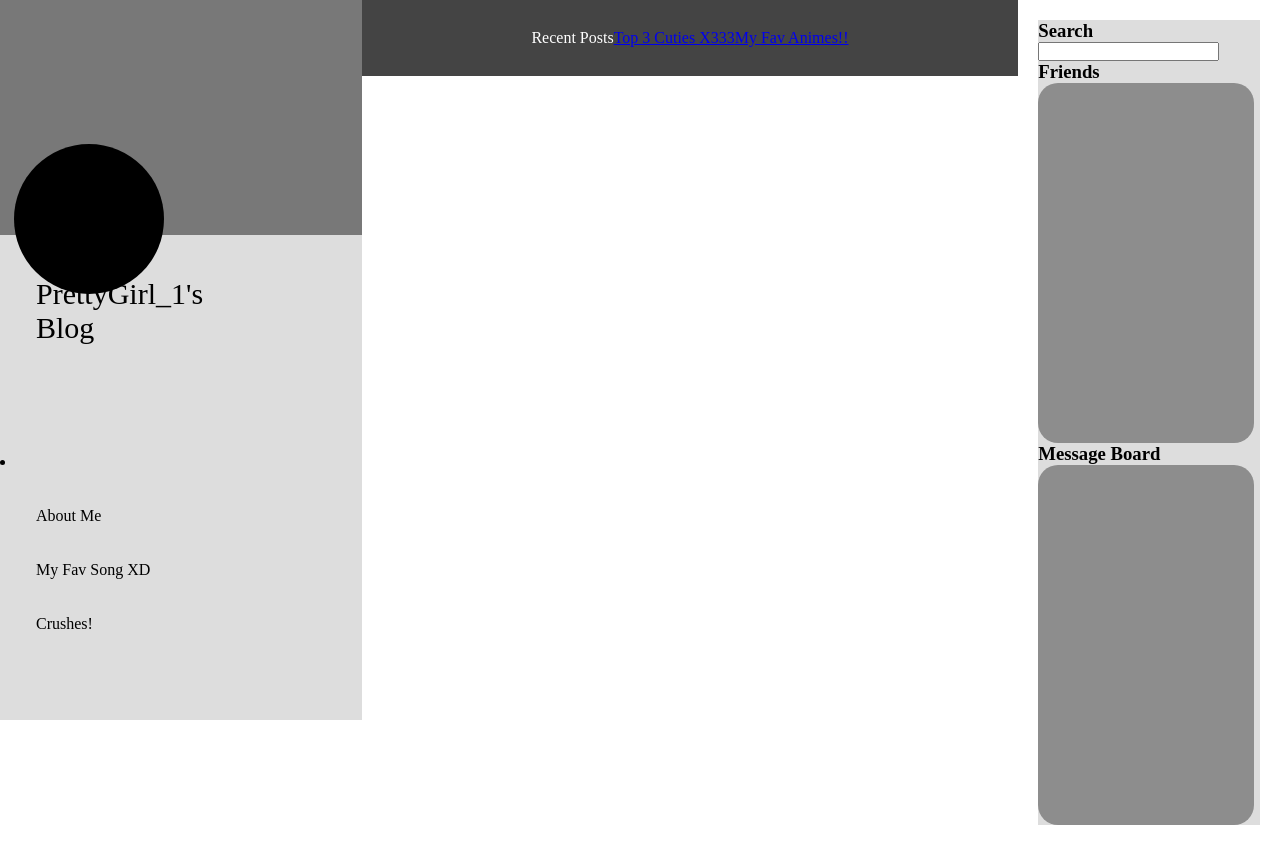
Repository: Jennica1/Frontend-Final
Page: index.html
An editor plug-in stored every save of this project. The page is shown before and after the next save, followed by the edit.
The browser window is 1280 px wide. The pictures show the whole page.

Above is the page before, as saved 2024-05-16 20:12:03.

### index.html
<!DOCTYPE html>
<html lang="en">

<head>
  <title>My Blog!!</title>
  <meta charset="UTF-8">
  <meta name="viewport" content="width=device-width, initial-scale=1">
  <link rel="stylesheet" href="style.css">
</head>

<body>
  <div class="content">

    <div class="flexbox">

      <div class="sidebar-wrapper">

        <!--Side Nav Left-->
        <div class="sidebar-left">
          <img src="images/Ellipse 1.svg" class="profile" width="150px" />
          <img src="images/Rectangle 2.svg" alt="background image" class="background-photo" />
          <p class="username">@ponyboy_lovr22</p>
          <p class="nickname">PrettyGirl_1's Blog</p>
          <li class="sidebar-list">
            <ul class="item">About Me</ul>
            <ul class="item">My Fav Song XD</ul>
            <ul class="item">Crushes!</ul>
          </li>
        </div>
      </div>
      <!-- recents -->
      <div class="">
      </div>

      <div class="main-content"> <!-- PUT ALL MAIN CONTENT BELOW THE HEADER -->
        <!-- Header -->
        <header class="header">
          <li class="content-list">
            <ul>Recent Posts</ul>
            <ul><a class="rating-link" href="topThree.html">Top 3 Cuties X333</a></ul>
            <ul><a class="anime-link" href="anime.html">My Fav Animes!!</a></ul>
          </li>
        </header>
      </div>

      <!-- Pagination
    <div class="">
      <div class="">
        <a href="#" class="">«</a>
        <a href="#" class="">1</a>
        <a href="#" class="">2</a>
        <a href="#" class="">3</a>
        <a href="#" class="">4</a>
        <a href="#" class="">»</a>
      </div>
    -->
      <!--Side Nav Right-->
      <div class="sidebar-right">
        <form>
          <h3>Search</h3>
          <input type="text">
        </form>
        <div class="friends-list">
          <h3>Friends</h3>
          <div class="friends-container">
            <div class="friend">

            </div>
          </div>
        </div>
        <div class="message-board">
          <h3>Message Board</h3>
          <div class="message-board-container">
            <div class="message">

            </div>
          </div>
        </div>
      </div>
    </div>


  </div>
  </div>
</body>

</html>

### style.css
* {
  margin: 0;
  padding: 0;
}

.content {
  display: flex;
  flex-direction: column;
}

.flexbox {
  display: flex;
  flex-direction: row;
  justify-content: space-between;
  gap: 0;
}

.sidebar-wrapper {
  display: flex;
  justify-content: center;
  height: 100vh;

}

.sidebar-left {
  position: relative;
  background-color: rgb(221, 221, 221);
  z-index: 0;
  padding-right: 9.1rem;
  width: 30vh;
}

.profile {
  z-index: 1;
  position: absolute;
  margin-top: 20vh;
  margin-left: 2vh;
}

.background-photo {
  position: absolute;
  top: 0;
  left: 0;
  width: 100%;

  object-fit: cover;

}

.background-container {
  width: 100%;
}

.username {
  margin-top: 30vh;
  margin-left: 20vh;
}

.nickname {
  font-size: 30px;
  margin-top: 6vh;
  margin-left: 5vh;
}

.sidebar-list {
  margin-top: 15vh;
}

.item {
  margin: 5vh;
}

.content-list {
  display: flex;
  margin: 4vh;
}


.sidebar-right {
  background-color: rgb(221, 221, 221);
  z-index: 0;
  width: 60vh;
  margin: 20px;
}

.header {
  background-color: #444444;
  color: #ffffff;
  display: flex;
  justify-content: center;
}

.friends-list {
height: auto;
}

.friends-container {
  width: 30vh;
  height: 50vh;
  background-color: rgb(141, 141, 141);
  border-radius: 20px;
}

.message-board {

}

.message-board-container {
  width: 30vh;
  height: 50vh;
  background-color: rgb(141, 141, 141);
  border-radius: 20px;
}

.message {

}

.main-content {
  width: 100%;
}

After the next save:
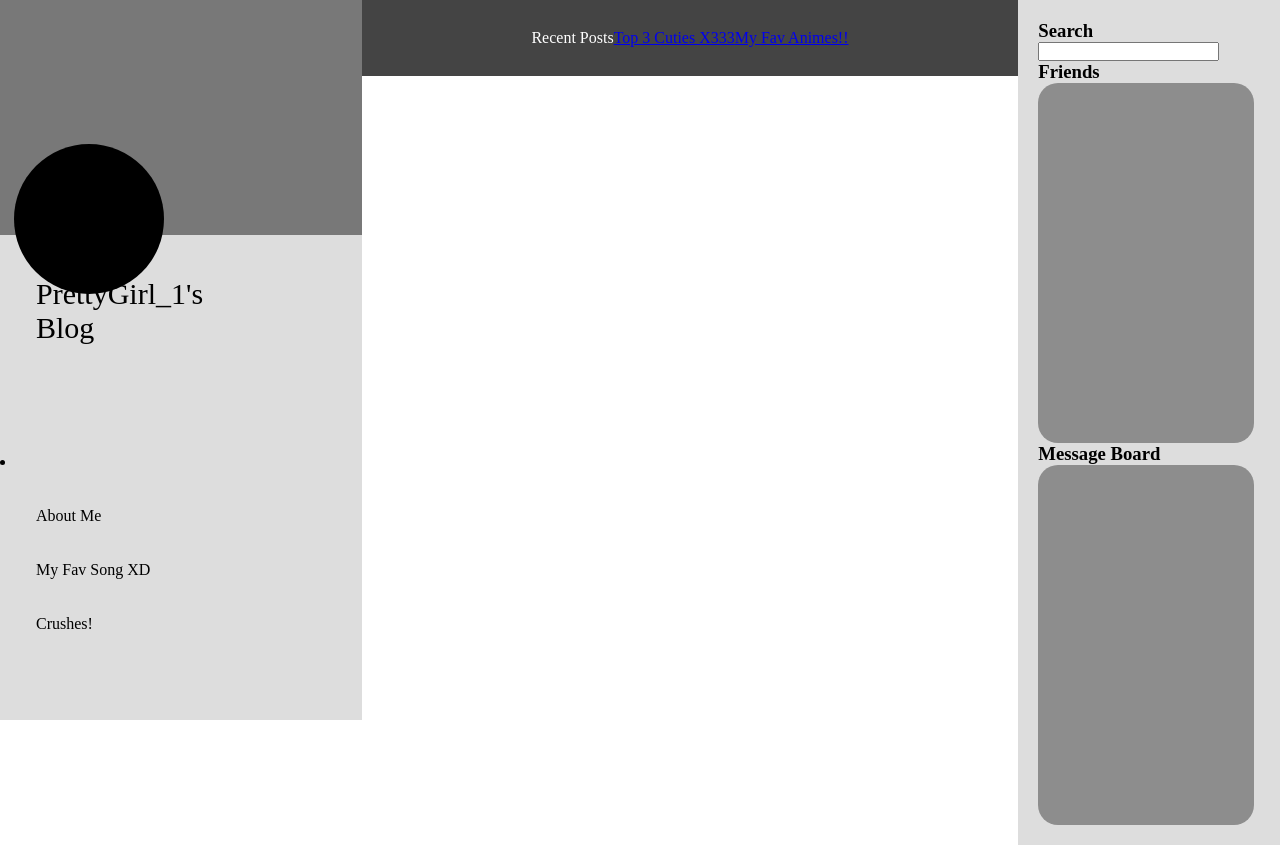
Saved 8 s later.
--- a/style.css
+++ b/style.css
@@ -80,7 +80,7 @@
   background-color: rgb(221, 221, 221);
   z-index: 0;
   width: 60vh;
-  margin: 20px;
+  padding: 20px;
 }
 
 .header {
